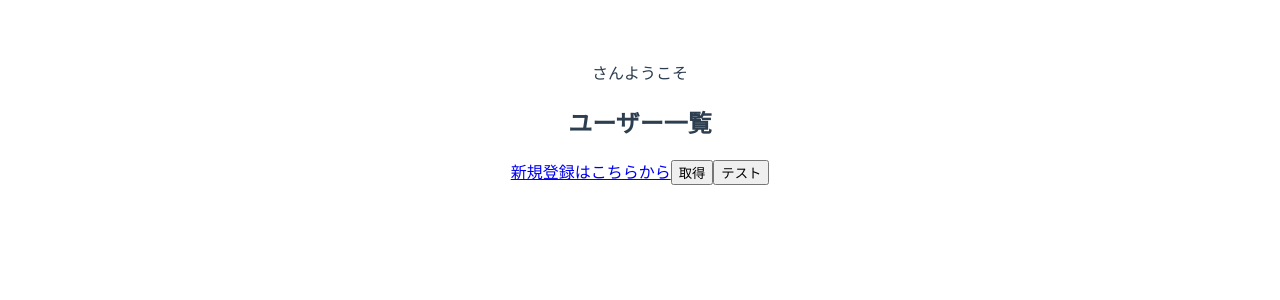
Repository: daisukey623/authentication
Page: /
These files come from the project's save history. The page is drawn as it stood at one moment and after the next save; the edit follows.
The browser window is 1280 px wide. The pictures show the whole page.
The project was rebuilt for these pictures with package versions that can differ from the ones it lists, and the page was loaded fresh each time. Also part of the build but not shown: src/views/Login.vue, src/views/Register.vue.

Above is the page before, as saved 2021-05-23 13:51:05.

### src/main.js
import Vue from 'vue';
import App from './App.vue';
import router from './router';
import firebase from 'firebase/app';
import 'firebase/firestore';


  // Your web app's Firebase configuration
  const firebaseConfig = {
    apiKey: "AIzaSyALEeG-uCX4SsTwYA51b2yka3Lb7Iv2w4Q",
    authDomain: "vuejs-http-de60c.firebaseapp.com",
    projectId: "vuejs-http-de60c",
    storageBucket: "vuejs-http-de60c.appspot.com",
    messagingSenderId: "897481049619",
    appId: "1:897481049619:web:c9e774a648e193e87c61e6"
  };
  // Initialize Firebase
  firebase.initializeApp(firebaseConfig);


new Vue({
  router,
  render: h => h(App)
}).$mount('#app');

export const db = firebase.firestore()
export const auth = firebase.auth()

### src/App.vue
<template>
  <div id="app">
    <header>
    <router-view></router-view>
    </header>
  </div>
</template>

<style scoped>
.header-item {
  padding: 10px;
}

</style>

<style>
#app {
  font-family: 'Avenir', Helvetica, Arial, sans-serif;
  -webkit-font-smoothing: antialiased;
  -moz-osx-font-smoothing: grayscale;
  text-align: center;
  color: #2c3e50;
  margin-top: 60px;
}
</style>

### src/router/index.js
import Vue from 'vue'
import VueRouter from 'vue-router'
import Dashboard from '../views/Dashboard.vue';
import Login from '../views/Login.vue';
import Register from '../views/Register.vue';


Vue.use(VueRouter)

const routes = [
  {
    path: '/',
    component: Dashboard
  },
  {
    path: '/login',
    component: Login
  },
  {
    path: '/register',
    component: Register
  },
]

const router = new VueRouter({
  mode: 'history',
  base: process.env.BASE_URL,
  routes
})

export default router

### src/views/Dashboard.vue
<template>
  <div>
    <div>{{ userName }}さんようこそ</div>
    <h2>ユーザー一覧</h2>
    <router-link to="/register">新規登録はこちらから</router-link>
    <button @click="getUser()">取得</button>
    <button @click="dotest()">テスト</button>
  </div>
</template>

<script>
// import firebase from 'firebase'
// import { auth } from '../main'
import { db } from '../main'; // ここを追加
export default {
  data() {
    return {
      userName: '',
      coin: {},
      test: 1000,
    };
  },
  methods: {
    getUser: function() {
      const user = db.collection('users').doc('JLVLHoWvo7Pe5xTdcjgnwSwhRMS2');
      user
        .get()
        .then(function(doc) {
          if (doc.exists) {
            console.log('Document data:', doc.data());
            console.log(doc.data().name);

          } else {
            console.log('No such document!');
          }
        })
        .catch(function(error) {
          console.log('Error getting document:', error);
        });
    },
    dotest() {
      console.log(this.test);
      // console.log(this.userName);
    },
  },
};
</script>

Loaded but not shown: public/index.html (common file)

After the next save:
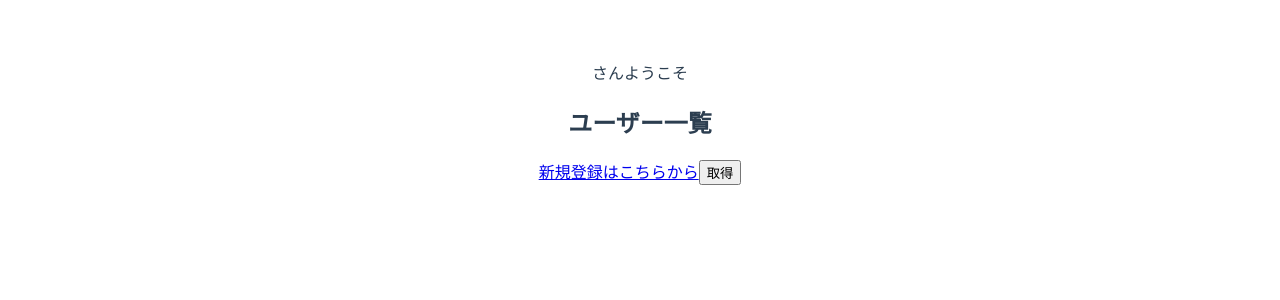
Saved 4 min 33 s later.
--- a/src/views/Dashboard.vue
+++ b/src/views/Dashboard.vue
@@ -4,7 +4,6 @@
     <h2>ユーザー一覧</h2>
     <router-link to="/register">新規登録はこちらから</router-link>
     <button @click="getUser()">取得</button>
-    <button @click="dotest()">テスト</button>
   </div>
 </template>
 
